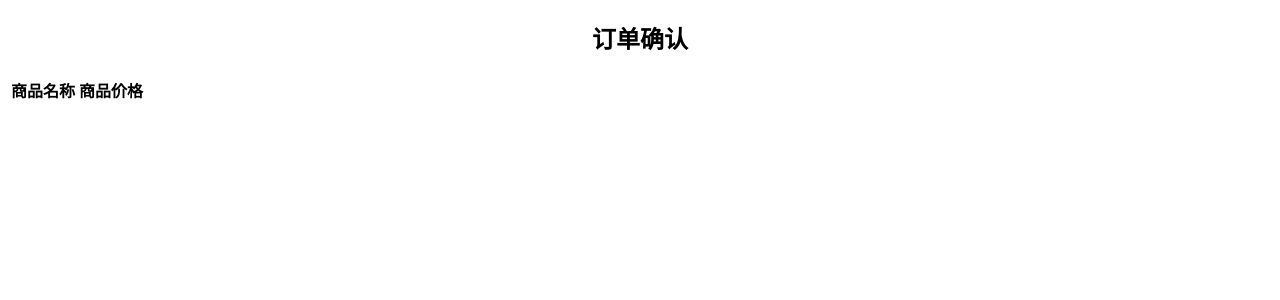
Repository: kairynx/js-
Page: 案例1渲染表格.html
These files come from the project's save history. The page is drawn as it stood at one moment and after the next save; the edit follows.
The browser window is 1280 px wide. The pictures show the whole page.

Above is the page before, as saved 2026-03-08 21:06:14.

After the next save:
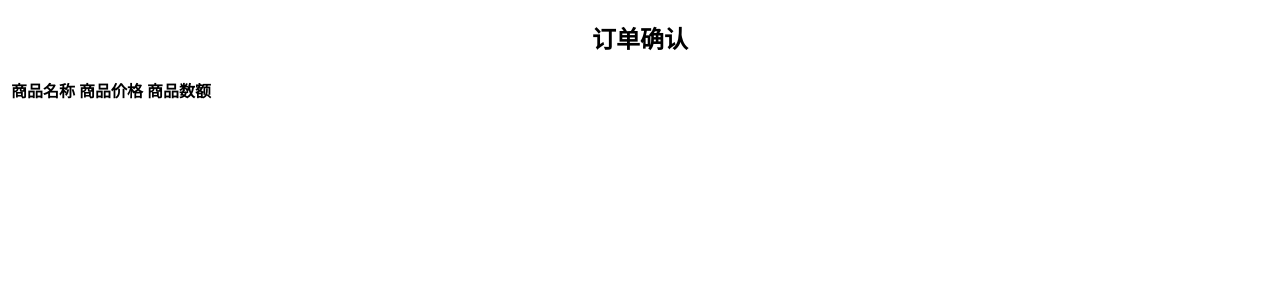
Saved 5 s later.
--- a/案例1渲染表格.html
+++ b/案例1渲染表格.html
@@ -16,7 +16,7 @@
         <tr>
             <th>商品名称</th>
             <th>商品价格</th>
-            <th></th>
+            <th>商品数额</th>
             <th></th>
             <th></th>
         </tr>
